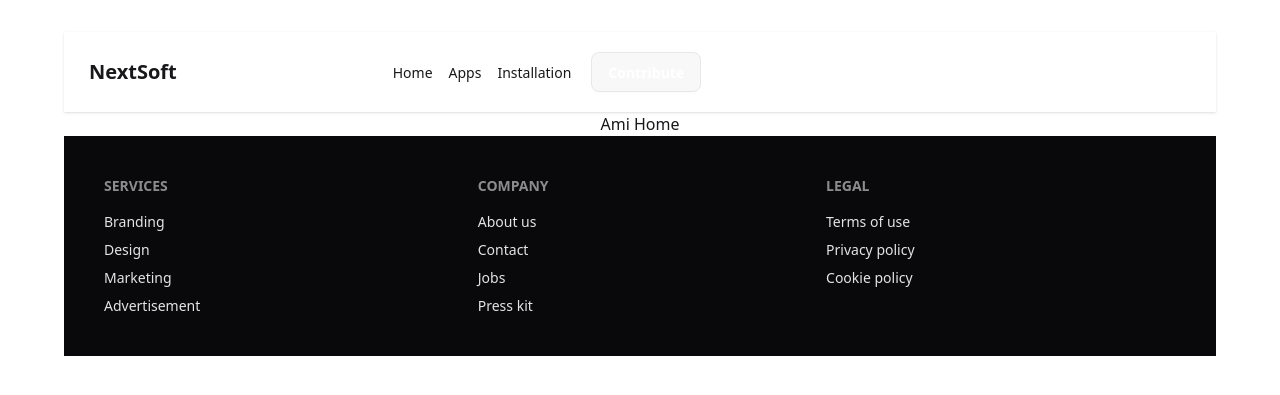
Repository: chayanatik1994/NextSoft
Page: /
The author's editor kept a copy of each file at every save. The page is drawn from the files as they stood at one save, then again after a run of saves.
The browser window is 1280 px wide. The pictures show the whole page.
The project was rebuilt for these pictures with package versions that can differ from the ones it lists, and the page was loaded fresh each time. Also part of the build but not shown: vite.config.js, src/App.jsx, src/Pages/ErrorPage/ErrorPage.jsx.

Above is the page before, as saved 2025-10-11 03:31:53.

### index.html
<!doctype html>
<html lang="en">
  <head>
    <meta charset="UTF-8" />
    <link rel="icon" type="image/svg+xml" href="/vite.svg" />
    <meta name="viewport" content="width=device-width, initial-scale=1.0" />
    <title>nextsoft</title>
  </head>
  <body>
    <div id="root"></div>
    <script type="module" src="/src/main.jsx"></script>
  </body>
</html>

### src/main.jsx
import { StrictMode } from 'react'
import { createRoot } from 'react-dom/client'
import './index.css'
import App from './App.jsx'
import { router } from './Routes/Routes.jsx'
import { RouterProvider } from 'react-router';

createRoot(document.getElementById('root')).render(
  <StrictMode>
    <RouterProvider router={router} />
  </StrictMode>
)

### src/Routes/Routes.jsx
import React from 'react';
import {
  createBrowserRouter,
} from 'react-router';
import Root from '../Pages/Root/Root';
import ErrorPage from '../Pages/ErrorPage/ErrorPage';
import Home from '../Pages/Home/Home';

export const router = createBrowserRouter([
  {
    path: "/",
    Component: Root,
    errorElement: <ErrorPage/>,
    children :[
        {
            index :true,
            path : "/",
            Component :Home
        }
    ]

  },
]);

### src/Pages/Root/Root.jsx
import React from 'react';
import Navbar from '../../Components/Header/Footer/Navbar';
import { Outlet } from 'react-router';
import Footer from '../../Components/Header/Footer/Footer';

const Root = () => {
    return (
        <div className='max-w-6xl mx-auto'>
            <Navbar/>
            <Outlet/>
            <Footer/>
        </div>
    );
};

export default Root;

### src/Pages/Home/Home.jsx
import React from 'react';

const Home = () => {
    return (
        <div>
            <h1>Ami Home</h1>
        </div>
    );
};

export default Home;

### src/Components/Header/Footer/Navbar.jsx
import React from 'react';

const Navbar = () => {
    const links = <>
    <li className='m-2'>Home</li>
    <li className='m-2'>Apps</li>
    <li className='m-2'>Installation</li>
    </>
    return (
      <div className="navbar bg-base-100 shadow-sm">
  <div className="navbar-start">
    <div className="dropdown">
      <div tabIndex={0} role="button" className="btn btn-ghost lg:hidden">
        <svg xmlns="http://www.w3.org/2000/svg" className="h-5 w-5" fill="none" viewBox="0 0 24 24" stroke="currentColor"> <path strokeLinecap="round" strokeLinejoin="round" strokeWidth="2" d="M4 6h16M4 12h8m-8 6h16" /> </svg>
      </div>
      <ul
        tabIndex={0}
        className="menu menu-sm dropdown-content bg-base-100 rounded-box z-1 mt-3 w-52 p-2 shadow">
        {links}
      </ul>
    </div>
    <a className="btn btn-ghost text-xl">NextSoft</a>
  </div>
  <div className="navbar-center hidden lg:flex">
    <ul className="menu menu-horizontal px-1">
     {links}
    </ul>
  </div>
   <div className="navbar font-black">
  <a href="https://github.com/chayanatik1994/NextSoft" className="btn text-white px-4 py-2 rounded-lg ">Contribute</a>
</div>
</div>
    );
};

export default Navbar;

### src/Components/Header/Footer/Footer.jsx
import React from 'react';

const Footer = () => {
    return (
        <footer className="footer sm:footer-horizontal bg-neutral text-neutral-content p-10">
  <nav>
    <h6 className="footer-title">Services</h6>
    <a className="link link-hover">Branding</a>
    <a className="link link-hover">Design</a>
    <a className="link link-hover">Marketing</a>
    <a className="link link-hover">Advertisement</a>
  </nav>
  <nav>
    <h6 className="footer-title">Company</h6>
    <a className="link link-hover">About us</a>
    <a className="link link-hover">Contact</a>
    <a className="link link-hover">Jobs</a>
    <a className="link link-hover">Press kit</a>
  </nav>
  <nav>
    <h6 className="footer-title">Legal</h6>
    <a className="link link-hover">Terms of use</a>
    <a className="link link-hover">Privacy policy</a>
    <a className="link link-hover">Cookie policy</a>
  </nav>
</footer>
    );
};

export default Footer;

Loaded but not shown: src/index.css (common file); src/App.css (common file)

After the next 3 saves:
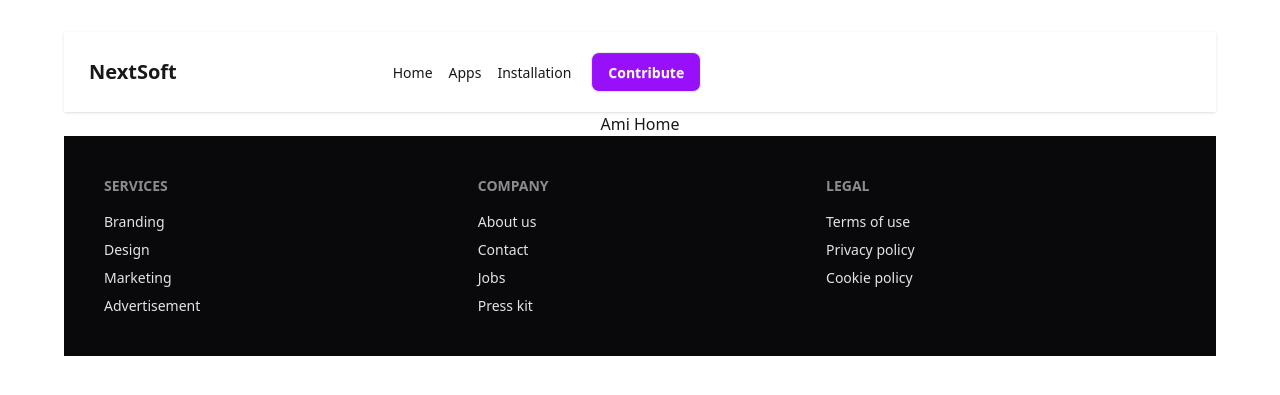
The 3 saves are shown as one change because they came seconds apart.
The last was saved 32 s later.
--- a/src/Components/Header/Footer/Navbar.jsx
+++ b/src/Components/Header/Footer/Navbar.jsx
@@ -27,7 +27,7 @@
     </ul>
   </div>
    <div className="navbar font-black">
-  <a href="https://github.com/chayanatik1994/NextSoft" className="btn text-white px-4 py-2 rounded-lg ">Contribute</a>
+  <a href="https://github.com/chayanatik1994/NextSoft" className="btn text-white px-4 py-2 bg-purple-600 rounded-lg ">Contribute</a>
 </div>
 </div>
     );
